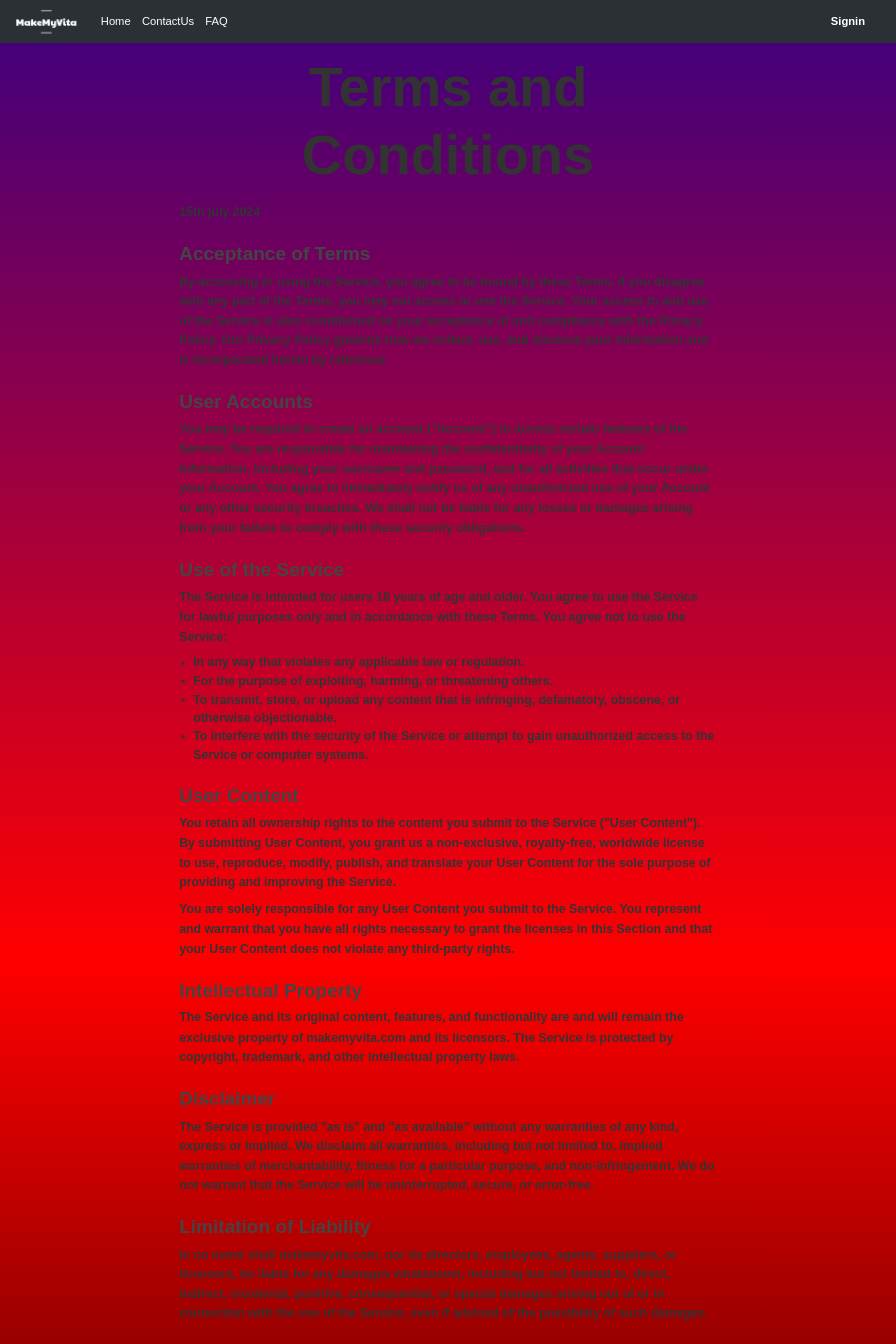
Repository: Tejaakshaykumar/MakeMyVita-Resume-Builder-Website
Page: /T&C (app in frontend/)
An editor plug-in stored every save of this project. The page is shown before and after the next save, followed by the edit.
The browser window is 1280 px wide. The pictures show the part of the page from y = 0 to 1920 px (the page is 2936 px tall), at 70% of full size.
Some web libraries are served in a nearby version. The project was rebuilt for these pictures with package versions that can differ from the ones it lists, and the page was loaded fresh each time. Also part of the build but not shown: frontend/src/App.css, frontend/src/containers/About.js, frontend/src/containers/Buildresume.js, frontend/src/containers/Images.js, frontend/src/containers/Features.js, frontend/src/containers/Review.js, frontend/src/containers/Trybox.js, frontend/src/containers/Motionbox.js and 5 more.

Above is the page before, as saved 2024-06-10 11:45:42.

After the next save:
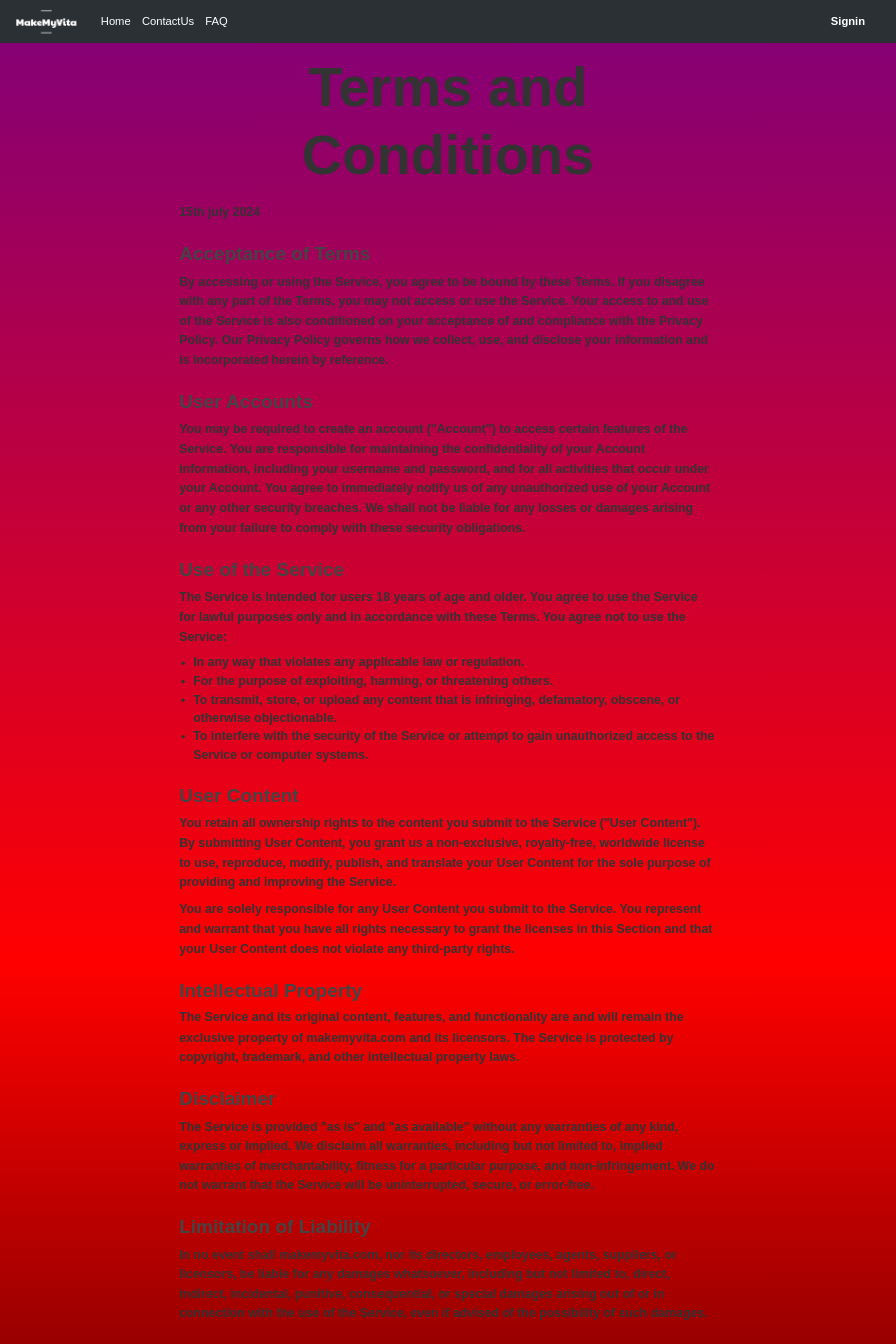
Saved 23 s later.
--- a/frontend/src/pages/pagestyles.css
+++ b/frontend/src/pages/pagestyles.css
@@ -5,7 +5,7 @@
     /* margin: 0 auto; */
     padding: 6% 20%;
     font-family: Arial, sans-serif;
-    background: linear-gradient(to top,rgb(0, 0, 0),rgb(255, 0, 0),rgb(60, 0, 128));
+    background: linear-gradient(to top,rgb(0, 0, 0),rgb(255, 0, 0),rgb(128, 0, 122));
     color: #333;
     /* margin-top: 7%; */
     margin-bottom: -2%;
